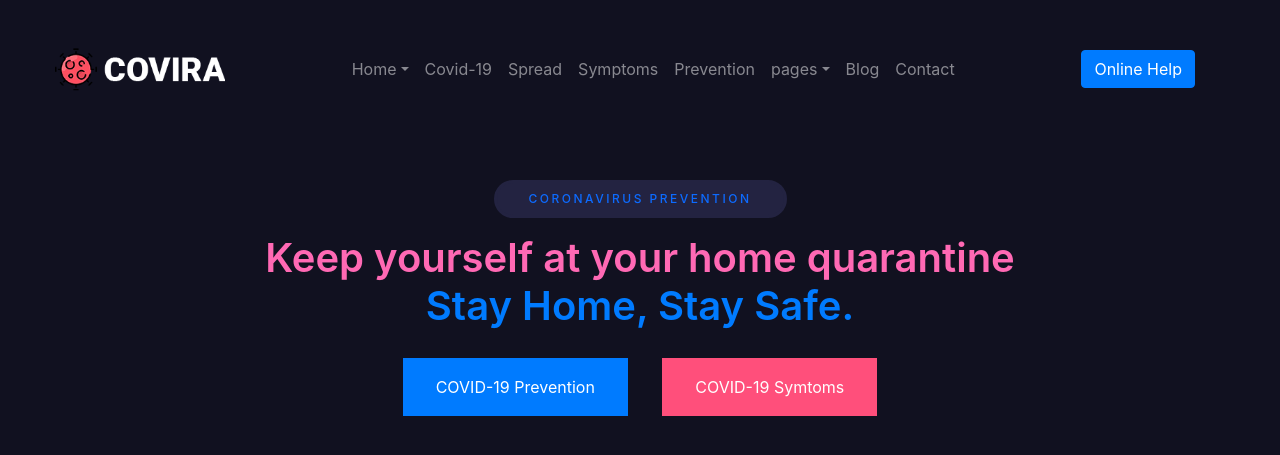
Repository: sitikhusushan/corona_updates
Page: index.html
The author's editor kept a copy of each file at every save. The page is drawn from the files as they stood at one save, then again after the next save.
The browser window is 1280 px wide. The pictures show the whole page.
The pointer rests on the first visible `h1`.

Above is the page before, as saved 2020-06-05 10:39:22.

### index.html
<!DOCTYPE html>
<html lang="en">
  <head>
    <meta charset="UTF-8" />
    <meta name="viewport" content="width=device-width, initial-scale=1.0" />
    <link rel="stylesheet" href="css/bootstrap.css" />
    <link rel="stylesheet" href="style.css" />
    <title>Covid-19</title>
  </head>
  <body>
    <header>
      <nav class="navbar navbar-expand-lg navbar-dark fix">
        <div class="container">
          <a class="logo" href="">
            <img src="image/logo-white.png" alt="coronavirus_logo"
          /></a>
          <!-- <div class="row">
          <div class="col-md-2 col-sm-2">
            <img src="image/logo-white.png" alt="coronavirus_logo" />
          </div>
          <div class="col-md-1 col-sm">
            <div class="dropdown">
              <button
                type="button"
                class="btn btn-danger dropdown-toggle"
                data-toggle="dropdown"
              >
                Home
              </button>
              <div class="dropdown-menu">
                <a class="dropdown-item" href="#">akjf</a>
                <a class="dropdown-item" href="#">alkdf</a>
                <a class="dropdown-item" href="#">akfjl</a>
                <a class="dropdown-item" href="#">ahdfjk</a>
                <a class="dropdown-item" href="#">ajlkdf</a>
                <a class="dropdown-item" href="#">kjahdf</a>
              </div>
            </div>
          </div>
          <div class="col-md-1 col-sm">
            COVID-19
          </div>
          <div class="col-md-1 col-sm">
            Spread
          </div>
          <div class="col-md-1 col-sm">
            Symptoms
          </div>
          <div class="col-md-1 col-sm">
            Prevention
          </div>
          <div class="col-md-1 col-sm">
            <div class="dropdown">
              <button
                type="button"
                class="btn btn-danger dropdown-toggle"
                data-toggle="dropdown"
              >
                Pages
              </button>
              <div class="dropdown-menu">
                <a class="dropdown-item" href="#"></a>
                <a class="dropdown-item" href="#"></a>
                <a class="dropdown-item" href="#"></a>
                <a class="dropdown-item" href="#"></a>
              </div>
            </div>
          </div>
          <div class="col-md-1 col-sm">Blog</div>
          <div class="col-md-1 col-sm">Contact</div>
          <div class="col-md-2 col-sm-2">
            <button class="btn btn-primary" type="button">Online Help</button>
          </div>
        </div> -->
          <div class="collapse navbar-collapse ">
            <ul class="navbar-nav mx-auto">
              <li class="nav-item dropdown">
                <a class="nav-link dropdown-toggle" href="#" data-toggle="dropdown" aria-expanded="false">Home</a>
                <div class="dropdown-menu">
                  <a class="dropdown-item" href="#">Home one</a>
                  <a class="dropdown-item" href="#">Home one dark</a>
                  <a class="dropdown-item" href="#">Home two</a>
                  <a class="dropdown-item" href="#">Home two dark</a>
                  <a class="dropdown-item" href="#">Home three</a>
                  <a class="dropdown-item" href="#">Home three dark</a>
                </div>
              </li>
              <li class="nav-item">
                <a class="nav-link" href="#">Covid-19</a>
              </li>
              <li class="nav-item">
                <a class="nav-link" href="#">Spread</a>
              </li>
              <li class="nav-item">
                <a class="nav-link" href="#">Symptoms</a>
              </li>
              <li class="nav-item">
                <a class="nav-link" href="#">Prevention</a>
              </li>
              <li class="nav-item dropdown">
                <a
                  class="nav-link dropdown-toggle"
                  href="#"
                  data-toggle="dropdown"
                  aria-expanded="false"
                  >pages</a
                >
                <div class="dropdown-menu">
                  <a class="dropdown-item" href="#">Blog</a>
                  <a class="dropdown-item" href="#">Article</a>
                  <a class="dropdown-item" href="#">Contact</a>
                  <a class="dropdown-item" href="#">Outbrek news</a>
                </div>
              </li>
              <li class="nav-item">
                <a class="nav-link" href="#">Blog</a>
              </li>
              <li class="nav-item">
                <a class="nav-link" href="#">Contact</a>
              </li>
            </ul>
          </div>
          <a class="onlinehelp" href="">
            <i class="fas fa-headset"></i>
            <button class="btn btn-primary" type="button">Online Help</button>
          </a>
        </div>
      </nav>
    </header>
    <div class="banner">
      <div class="container">
        <div class="prevention">
          <p class="pre">CORONAVIRUS PREVENTION</p>
          <h1>
            Keep yourself at your home quarantine <br />
            <span class="text-primary"> Stay Home, Stay Safe.</span>
          </h1>
          <div class="button">
            <!-- <div class="col-md-6">
              <button class="btn btn-primary" type="button">
                COVID-19 Prevention
              </button>
            </div>
            <div class="col-md">
              <button class="btn btn-danger" type="button">
                COVID-19 Symtoms
              </button> -->
              <a href="" class="btn btn-lg btn-primary">COVID-19 Prevention</a>
              <a href="" class="btn btn-lg btn-pink">COVID-19 Symtoms</a>
            </div>
          </div>
        </div>
      </div>
    </div>
  </body>
</html>
<script src="https://code.jquery.com/jquery-3.5.1.js"></script>
<script src="js/bootstrap.js"></script>

### style.css
body {
  background-color: #111120;
  color: #939fb2;
}

.container {
  max-width: 1200px;
}

.fix {
  position: fixed;
  top: 0;
  right: 0;
  left: 0;
  /* z-index: 1030; */
  background-color: #111120;
  padding: 40px 0px;
}

h1:hover {
  color: hotpink;
}

.nav-item .nav-link a {
  font-weight: 500;
  padding: 8px 16px;
  margin-left: 2px;
  margin-right: 2px;
}

nav .container .logo img {
  max-width: 170px;
}

.banner {
  height: 100%;
  text-align: center;
  padding-top: 180px;
}

h1 {
  color: white;
  font-weight: 600;
  margin-bottom: 28px;
}

.btn-pink {
  color: white;
  background-color: #ff4f7b;
  border-color: #ff4f7b;
}

.btn-lg {
  padding: 1rem 2rem;
  font-size: 1rem;
  border-radius: 0px;
}

.btn-primary {
  margin-right: 30px;
}

.pre {
  font-size: 0.75rem;
  font-weight: 500;
  line-height: 1;
  letter-spacing: 2.5px;
  display: inline-block;
  border-radius: 800px;
  border: #232341 solid;
  background-color: #232341;
  color: #0d6bff;
  padding: 10px 32px;
  margin-bottom: 16px;
}

@font-face {
  font-family: "Barlow";
  src: url("font/Barlow-Black.woff2") format("woff2"),
    url("font/Barlow-Black.woff") format("woff"),
    url("font/Barlow-Black.svg#Barlow-Black") format("svg");
  font-weight: 900;
  font-style: normal;
}

@font-face {
  font-family: "Barlow";
  src: url("font/Barlow-Light.woff2") format("woff2"),
    url("font/Barlow-Light.woff") format("woff"),
    url("font/Barlow-Light.svg#Barlow-Light") format("svg");
  font-weight: 300;
  font-style: normal;
}

@font-face {
  font-family: "Barlow";
  src: url("font/Barlow-Medium.woff2") format("woff2"),
    url("font/Barlow-Medium.woff") format("woff"),
    url("font/Barlow-Medium.svg#Barlow-Medium") format("svg");
  font-weight: 500;
  font-style: normal;
}

@font-face {
  font-family: "Barlow";
  src: url("font/Barlow-ExtraBold.woff2") format("woff2"),
    url("font/Barlow-ExtraBold.woff") format("woff"),
    url("font/Barlow-ExtraBold.svg#Barlow-ExtraBold") format("svg");
  font-weight: 800;
  font-style: normal;
}

@font-face {
  font-family: "Barlow";
  src: url("font/Barlow-SemiBold.woff2") format("woff2"),
    url("font/Barlow-SemiBold.woff") format("woff"),
    url("font/Barlow-SemiBold.svg#Barlow-SemiBold") format("svg");
  font-weight: 600;
  font-style: normal;
}

@font-face {
  font-family: "Barlow";
  src: url("font/Barlow-Regular.woff2") format("woff2"),
    url("font/Barlow-Regular.woff") format("woff"),
    url("font/Barlow-Regular.svg#Barlow-Regular") format("svg");
  font-weight: normal;
  font-style: normal;
}

@font-face {
  font-family: "Barlow";
  src: url("font/Barlow-Thin.woff2") format("woff2"),
    url("font/Barlow-Thin.woff") format("woff"),
    url("font/Barlow-Thin.svg#Barlow-Thin") format("svg");
  font-weight: 100;
  font-style: normal;
}

@font-face {
  font-family: "Barlow";
  src: url("font/Barlow-Bold.woff2") format("woff2"),
    url("font/Barlow-Bold.woff") format("woff"),
    url("font/Barlow-Bold.svg#Barlow-Bold") format("svg");
  font-weight: bold;
  font-style: normal;
}

@font-face {
  font-family: "Barlow";
  src: url("font/Barlow-ExtraLight.woff2") format("woff2"),
    url("font/Barlow-ExtraLight.woff") format("woff"),
    url("font/Barlow-ExtraLight.svg#Barlow-ExtraLight") format("svg");
  font-weight: 200;
  font-style: normal;
}

Loaded but not shown: css/bootstrap.css (library); js/bootstrap.js (library)

After the next save:
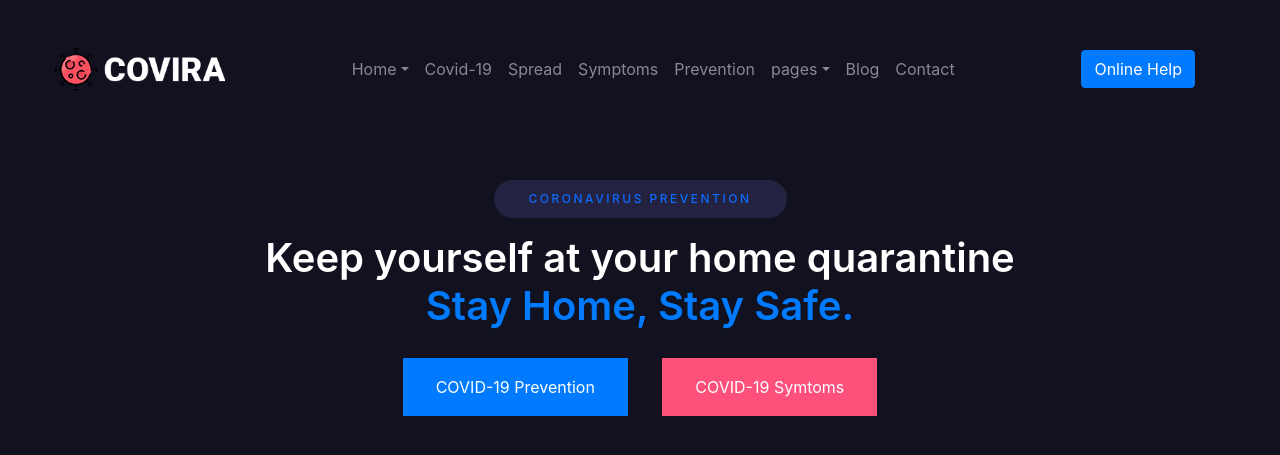
Saved 67 s later.
--- a/style.css
+++ b/style.css
@@ -17,7 +17,7 @@ body {
   padding: 40px 0px;
 }
 
-h1:hover {
+p:hover {
   color: hotpink;
 }
 
